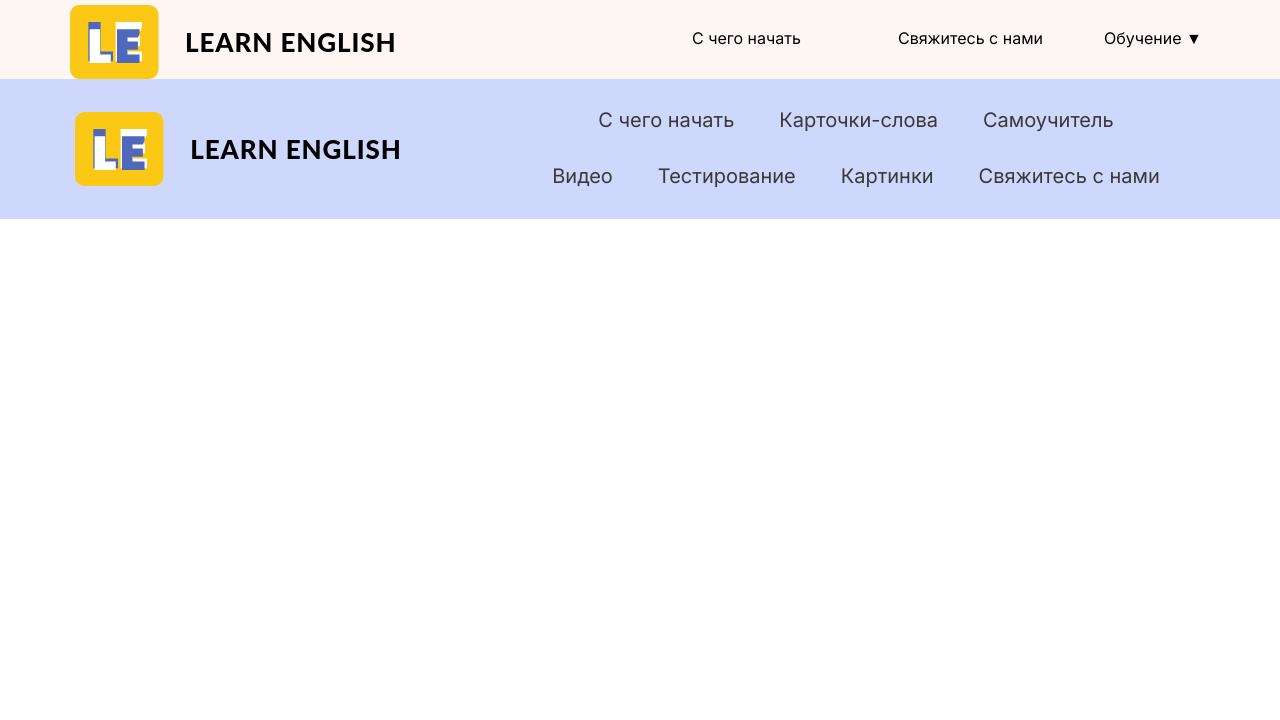
Repository: WladimirVA/Diplom
Page: scool/lesson.html
An editor plug-in stored every save of this project. The page is shown before and after the next save, followed by the edit.
The browser window is 1280 px wide. The pictures show the whole page.

Above is the page before, as saved 2023-07-19 15:48:52.

### scool/lesson.html
<!DOCTYPE html>
<html lang="en">
<head>
    <meta charset="UTF-8">
    <meta name="viewport" content="width=device-width, initial-scale=1.0">
    <link href="./css/index.css" rel="stylesheet" type="text/css">
    <link href="../static/css/fonts.css" rel="stylesheet" type="text/css">
    <link rel="icon" sizes="16x16" href="./img/Vector.svg" type="image/x-icon">
    <title>Learn english</title>
</head>
<body>
    <header class="header" di="HOME">
        <div class="section">
            <div class="section-header">
                <div class="logo">
                    <img src="./img/Vector.svg">
                    <p>Learn english</p>
                </div>
                <div>

                    <ul class="ddropdownn">
                        <li class="ddropdownn-top">
                        <a class="ddropdownn-top" href="#">С чего начать</a>
                        </li>
                        <li class="ddropdownn-top">
                            <a class="ddropdownn-top" href="mailto:dyadichenko_va@mail.ru">Свяжитесь с нами</a>
                        </li>
                        <li class="ddropdownn-top">
                        <a class="ddropdownn-top" href="#">Обучение &#9660;</a>
                            <ul class="ddropdownn-inside">
                                <li><a href="/">Карточки-слова</a></li>
                                <li><a href="/">Самоучитель</a></li>
                                <li><a href="/">Видео</a></li>
                                <li><a href="/">Тестирование</a></li>
                                <li><a href="/">Картинки</a></li>
                            </ul>
                        </li>

                    </ul>
                </div>
            </div>
        </div>
    </header>
    <main>

    </main>
    <footer class="FOOTER">
        <div class="section">
            <div class="section-footer">
                <div class="logo">
                    <img src="./img/Vector.svg">
                    <p>Learn english</p>
                </div>
                <div class="ddropdownn-footer">
                    <div class="ddropdownn-menu">
                        <ul class="ddropdownn1">
                            <li><a href="#">С чего начать</a></li>
                            <!-- <li><a href="#">Обучение</a></li> -->
                            <li><a href="#">Карточки-слова</a></li>
                            <li><a href="#">Самоучитель</a></li>
                        </ul>
                    </div>
                    <div class="ddropdownn-menu">
                        <ul class="ddropdownn2">
                            <li><a href="#">Видео</a></li>
                            <li><a href="#">Тестирование</a></li>
                            <li><a href="#">Картинки</a></li>
                            <li><a class="link" href="mailto:dyadichenko_va@mail.ru">Свяжитесь с нами</a></li>
                        </ul>
                    </div>
                </div>
            </div>
        </div>
    </footer>
</body>
</html>

### scool/css/index.css
body {
    scroll-behavior: smooth;
    align-items: center;
    width: 100%;
    max-width: 1366px;
    margin: auto;
    font-family: 'Inter', 'Work Sans', "NunitoSans-Light", Arial, Helvetica, sans-serif;
}
* {
    margin: 0;
    padding: 0;
}

.logo {
    display: flex;
    align-items: center;
}

.logo p {
    font-family: Lato;
    font-size: 26px;
    font-weight: 800;
    line-height: 48px;
    letter-spacing: 0.035em;
    text-align: left;
    text-transform: uppercase;
    padding-left: 1em;
}

/* Стили выпадающего списка */
ul.ddropdownn li {/* Считаем координаты относительно исходного места. */
    position: relative; }
ul.ddropdownn, ul.ddropdownn-inside {
    /* Отступы на нуле. */
    padding: 0;
    /* Маркеры уберем. */
    list-style-type: none;
    }
ul.ddropdownn-inside {
    /* Спрячем дочерние элементы выпадающего списка. */
    left: -9999px;
    position: absolute;
    }
ul.ddropdownn li.ddropdownn-top {
    /* Небольшой отступ. */
    margin: 20px 1px 0 0;
    /* Выравнивание по левой стороне. */
    float: left;
    display: inline;
    }
ul.ddropdownn li.ddropdownn-top a {
    /* Делаю элементы блочными. */
    display: block;
    /* Снова отступы. */
    padding: 3px 30px 4px;
    text-decoration: none;
    color: black;
    font-family: Inter;
    width: 145px;
    }
/* ul.ddropdownn a.ddropdownn-top {/* Цвет фона. */ background: #FEF6F3; } */
ul.ddropdownn a.ddropdownn-top:hover {/* Отступы. */ padding: 13px 20px 4px; }
ul.ddropdownn li.ddropdownn-top:hover .ddropdownn-inside {
    left: 0;
    /* Делаю элементы блочными. */
    display: block;
    }
ul.ddropdownn .ddropdownn-inside {/* Цвет фона. */ background: #FEF6F3; }
ul.ddropdownn .ddropdownn-inside a:hover {/* Цвет фона изменится при наведении. */
    background: #FEF6F3; }


@media screen and (max-width: 745px) {
    .header-nav {
        display: block;
        padding-top: 0px;
    }
}


.section-header {
    display: flex;
    justify-content: space-between;
    background-color: #FEF6F3;
    padding: 5px 0px 0 70px;

}

.BEGINNES {
    background: #FEF6F3;
}

.content-beginners {
    display: flex;
    justify-content: space-between;
}

.beginners-inf {
    padding: 50px 0 0 70px;
}

.beginners-inf h1 {
    font-family: Inter;
    font-size: 44px;
    font-weight: 700;
    line-height: 48px;
    letter-spacing: -0.08em;
    text-align: left;
    text-transform: uppercase;
    font-family: Inter;
    font-size: 45px;
    font-weight: 700;
    line-height: 48px;
    letter-spacing: 0.035em;
    text-align: left;
}

.beginners-img img {
    width: 100%;
    height: auto;
}

.beginners-inf p {
    margin-top: 50px;
}

.content-beginners {
    font-family: Inter;
    font-size: 22px;
    font-weight: 700;
    line-height: 24px;
    letter-spacing: 0em;
    text-align: left;

    font-family: Inter;
    font-size: 22px;
    font-weight: 500;
    line-height: 24px;
    letter-spacing: 0em;
    text-align: left;

    font-family: Inter;
    font-size: 20px;
    font-weight: 500;
    line-height: 24px;
    letter-spacing: 0em;
    text-align: left;
}

.home_ul {
    list-style-type: none;
    padding: 20px 0 20px 0;
}

.check {
    margin-left: 15px;
}

.button_home {
    font-family: Inter;
    font-size: 20px;
    font-weight: 700;
    line-height: 24px;
    letter-spacing: 0em;
    text-align: center;
    background:#FBC815;
    border-style: none;
    border-radius: 25px;
    width: 257px;
    height: 56px;
}

.LEARNING {
    background: #FDE4D3;
}

.learning {
    display: flex;
    justify-content: space-evenly;
}

.img-learning img {
    width: 100%;
    height: auto;
}

.content-learning h1 {
    text-align: center;
    text-transform: uppercase;
    font-family: Inter;
    font-size: 36px;
    font-weight: 700;
    line-height: 48px;
    letter-spacing: 0em;
    text-align: center;
    padding-top: 65px;

}

.popular {
    margin-left: 20px;
}

.learning-text {
    max-width: 550px;
    margin-top: 50px;
}

.learning-text p {
    font-family: Inter;
    font-size: 20px;
    font-weight: 500;
    line-height: 24px;
    letter-spacing: 0em;
    text-align: left;
}

.learning-text-img {
    margin-top: 60px;
}

.learning-text-img p {
    margin: -38px 0 0 20px;
}

.INFORMATION {
    background: #4F68BB;
    height: 1275px;
}

.information-text {
    text-align: center;
    color: #FFFFFF;
    /* max-width: 932px; */
}


.content-information h1 {
    font-family: Inter;
    font-size: 36px;
    font-weight: 700;
    line-height: 48px;
    letter-spacing: 0em;
    text-align: center;
    text-transform: uppercase;
    padding: 60px 0 50px 0;
}

.content-information p {
    font-family: Inter;
    font-size: 24px;
    font-weight: 700;
    line-height: 32px;
    letter-spacing: 0em;
    text-align: center;
}


.information1 {
    color: #FFFFFF;
    height: 400px;
    text-align: center;
    display: flex;
    justify-content: space-around;
    margin: 60px 0 0 0;
}

.information1 p {
    max-width: 270px;
}

.information1 h3 {
    padding: 65px 0 50px 0;
}

.information2 {
    color: #FFFFFF;
    height: 400px;
    text-align: center;
    margin: 60px 0 0 0;
    display: flex;
    justify-content: space-evenly;
}

.information2 p {
    max-width: 270px;
}
.information2 h3 {
    padding: 65px 0 50px 0;
}

.buttton-inf1 {
    margin-top: 39px;
}
.buttton-inf2 {
    margin-top: 95px;
}
.buttton-inf3 {
    margin-top: 55px;
}
.buttton-inf4 {
    padding-top: 63px;
}
.buttton-inf5 {
    padding-top: 25px;
}

.TRANING {
    background:rgba(251, 205, 166, 1);
    height: 345px;
}

.training {
    display: flex;
    align-items: center;
    justify-content: space-evenly;
}

.training-inf {
    display: block;
    text-align: center;
}

.training-inf p {
    font-family: Inter;
    font-size: 36px;
    font-weight: 700;
    line-height: 48px;
    letter-spacing: 0em;
    text-align: center;
}

.buttton-training1 {
    padding-top: 45px;
}

.buttton-training {
    color: #FFFFFF;
    font-family: Inter;
    font-size: 20px;
    font-weight: 700;
    line-height: 24px;
    letter-spacing: 0em;
    text-align: center;
   background: rgba(240, 63, 90, 1);
}

.training-img {
    margin-top: -60px;
}

.FOOTER {
    background:rgba(205, 216, 252, 1);
    height: 140px;
    align-items: center;
    display: grid;
    justify-items: stretch;
}

.section-footer {
    display: flex;
    justify-content: space-around
}

.ddropdownn-footer {
    display: flex;
    flex-direction: column;
    align-items: center;
}

.ddropdownn-menu {
    display: flex;
}

.ddropdownn1, .ddropdownn2 {
    display: flex;
    font-family: Inter;
    font-size: 20px;
    font-weight: 400;
    line-height: 16px;
    letter-spacing: 0em;
    text-align: left;
    list-style-type:none;

}

.ddropdownn2 {
    margin: 40px 0 0 0;
}

.ddropdownn-footer li{
    padding: 0 45px 0 0;
}

.ddropdownn-footer a {
    text-decoration: none;
    color: rgba(57, 57, 57, 1);
    ;
}

### static/css/fonts.css
/* @import url('https://fonts.googleapis.com/css2?family=Work+Sans:ital,wght@0,600;0,800;1,800&display=swap'); */


/* @import url('https://fonts.googleapis.com/css2?family=Inter:wght@400;500;600;700;800&family=Work+Sans:ital,wght@0,600;0,800;1,800&display=swap'); */


@import url('https://fonts.googleapis.com/css2?family=Inter:wght@100;200;300;400;500;600;700;800;900&display=swap');

@import url('https://fonts.googleapis.com/css2?family=Inter:wght@100;200;300;400;500;600;700;800;900&family=Work+Sans:ital,wght@0,100;0,200;0,300;0,400;0,500;0,600;0,700;0,800;0,900;1,100;1,200;1,300;1,400;1,500;1,600;1,700;1,800;1,900&display=swap');

### scool/css/fonts.css
/* @import url('https://fonts.googleapis.com/css2?family=Work+Sans:ital,wght@0,600;0,800;1,800&display=swap'); */


/* @import url('https://fonts.googleapis.com/css2?family=Inter:wght@400;500;600;700;800&family=Work+Sans:ital,wght@0,600;0,800;1,800&display=swap'); */


@import url('https://fonts.googleapis.com/css2?family=Inter:wght@100;200;300;400;500;600;700;800;900&display=swap');

@import url('https://fonts.googleapis.com/css2?family=Inter:wght@100;200;300;400;500;600;700;800;900&family=Work+Sans:ital,wght@0,100;0,200;0,300;0,400;0,500;0,600;0,700;0,800;0,900;1,100;1,200;1,300;1,400;1,500;1,600;1,700;1,800;1,900&display=swap');

After the next save:
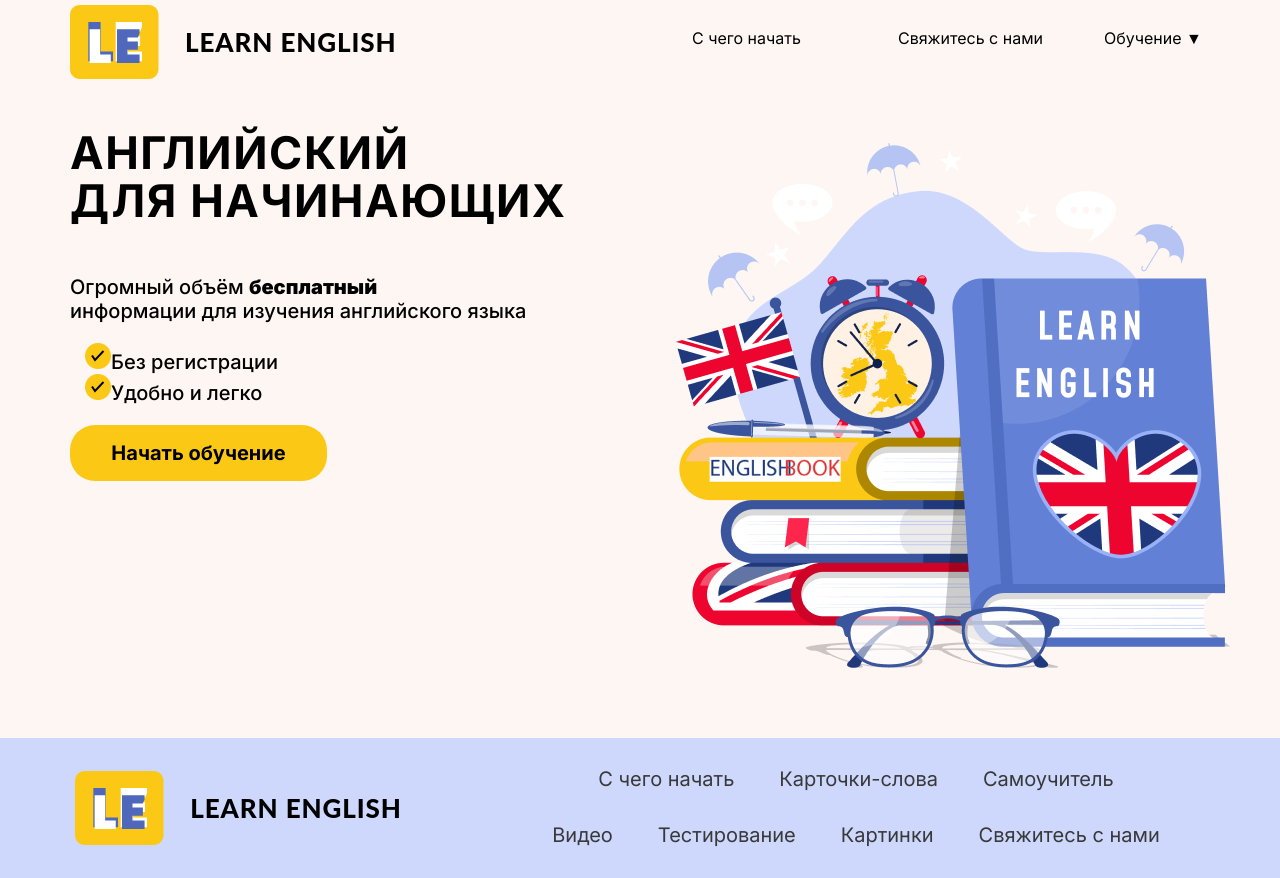
Saved 47 s later.
--- a/scool/lesson.html
+++ b/scool/lesson.html
@@ -4,7 +4,7 @@
     <meta charset="UTF-8">
     <meta name="viewport" content="width=device-width, initial-scale=1.0">
     <link href="./css/index.css" rel="stylesheet" type="text/css">
-    <link href="../static/css/fonts.css" rel="stylesheet" type="text/css">
+    <link href="./css/fonts.css" rel="stylesheet" type="text/css">
     <link rel="icon" sizes="16x16" href="./img/Vector.svg" type="image/x-icon">
     <title>Learn english</title>
 </head>
@@ -42,7 +42,30 @@
         </div>
     </header>
     <main>
-
+        <section class="BEGINNES">
+            <div class="section">
+                <div class="content-beginners">
+                    <div class="beginners-inf">
+                        <h1>Английский <br>для начинающих</h1>
+                        <p>Огромный объём <span  style="font-weight:900"> бесплатный <br></span> информации для изучения английского языка</p>
+                        <div>
+                            <ul class="home_ul">
+                                <li class="home_li"><img class="check" src="./img/Иконка _Галочка_ 3.svg">Без регистрации</li>
+                                <li class="home_li"><img class="check" src="./img/Иконка _Галочка_ 3.svg">Удобно и легко</li>
+                            </ul>
+                        </div>
+                        <div class="buttonsHome">
+                            <form action="lesson.html" method="post">
+                                <button class="button_home">Начать обучение</button>
+                            </form>
+                        </div>
+                    </div>
+                    <div class="beginners-img">
+                        <img src="./img/BACKGROUND.png" alt="foto">
+                    </div>
+                </div>
+            </div>
+        </section>
     </main>
     <footer class="FOOTER">
         <div class="section">
